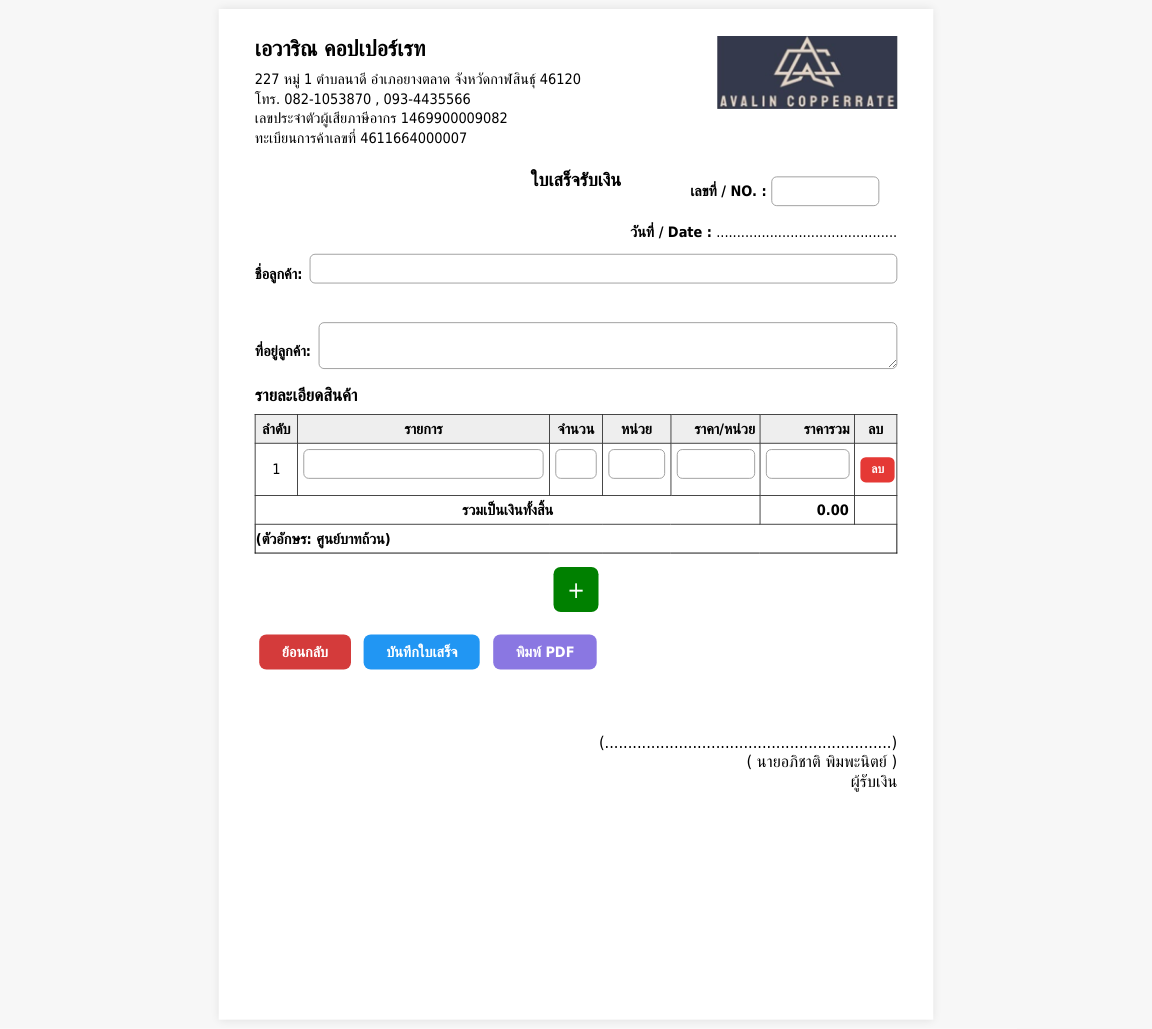
Repository: Hermesmercury88/shop_it
Page: quotation.html
These files come from the project's save history. The page is drawn as it stood at one moment and after a run of saves; the edit follows.
The browser window is 1280 px wide. The pictures show the whole page, at 90% of full size.
Some web fonts or font styles are not loaded; a fallback is used.

Above is the page before, as saved 2025-09-21 12:39:06.

After the next 3 saves:
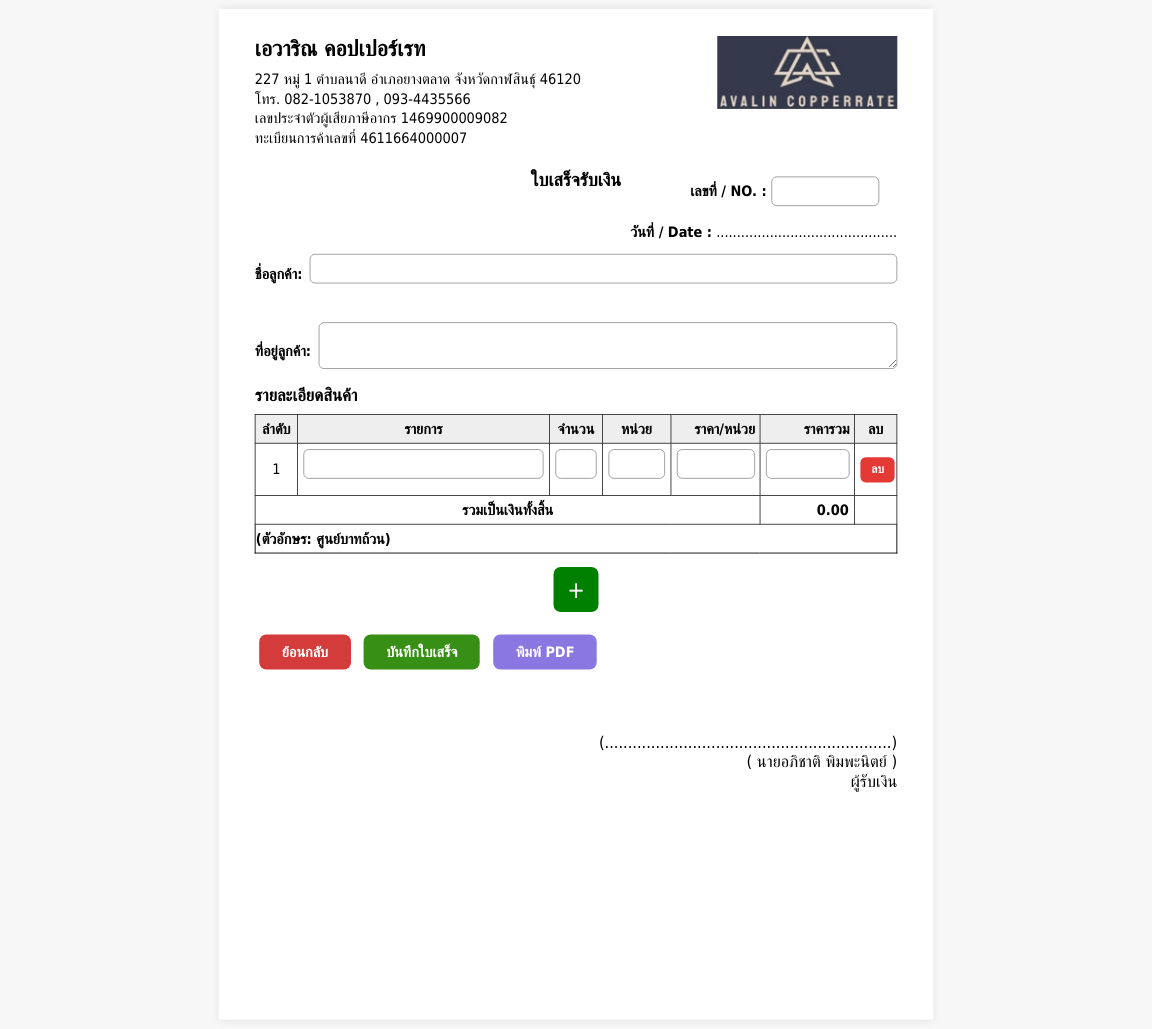
The 3 saves are shown as one change because they came seconds apart.
The last was saved 66 s later.
--- a/css/quotation.css
+++ b/css/quotation.css
@@ -190,7 +190,7 @@ table th:nth-child(7), table td:nth-child(7) { width: 8%; }  /* ลบ */
 }
 
 .btn-back { background: #d43b3b; }
-.btn-save { background: #2196F3; }
+.btn-save { background: #378f15; }
 .btn-print { background: #8a77e2; }
 
 .add-btn {
